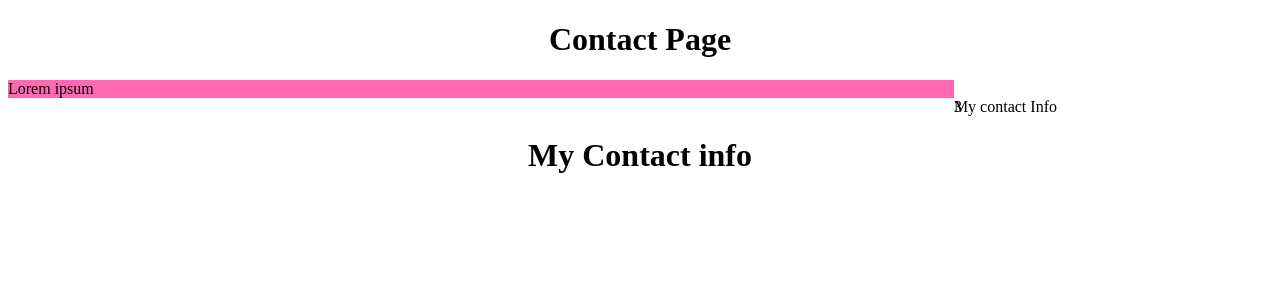
Repository: Melinda-Nanjad-Personal-Website/Personal-web
Page: contact.html
The author's editor kept a copy of each file at every save. The page is drawn from the files as they stood at one save, then again after the next save.
The browser window is 1280 px wide. The pictures show the whole page.

Above is the page before, as saved 2023-07-27 21:13:40.

### contact.html
<!DOCTYPE html>
<html lang="en">
<head>
    <meta charset="UTF-8">
    <meta name="viewport" content="width=device-width, initial-scale=1.0">
    <link rel="stylesheet" type="text/css" href="cf.css">
    <title>Contact Page</title>
</head>
<body>

    <h1><center/>Contact Page</h1>

    <div class="container">
        <div class="item item-1"> Lorem ipsum</div>
             <div class="item item-2"> My contact Info</div>
                <div class="item item-3"> 3</div>
    </div>

    <h1><center/>My Contact info</h1>
</body>
<main class="Contact info"
<article class="My contact Info"</article>
</html>

### cf.css
.border-primary-400{
    border: 2px solid #a775f1;
}

.container {
    display: grid;
   grid gap: 1.5rem;
    grid-template-columns: auto auto auto;
}

.item-1 {
    grid-row- span4;
    grid-column: 1/5;
    background-color: hotpink;
    padding: 5px
    grid-area: main;
}

.item-2 {
    grid-row: span 3;
    grid column:  2/5;
    grid-area:left
}

.item-3 {
    grid-row: span
    grid column 1/5;
    grid-area :right
}

//test for columns
.grid-container {
  display: grid;
  column-gap: 50px;
  grid-template-columns: 1fr 1fr 1fr;
  padding: 50px;
}

.grid-item{
  background-color: rgba(97, 148, 160, 0.8);
  border: 1px solid rgba(0, 0, 0, 0.8);
  padding: 20px;
  font-size: 14px;
  text-align: center;

After the next save:
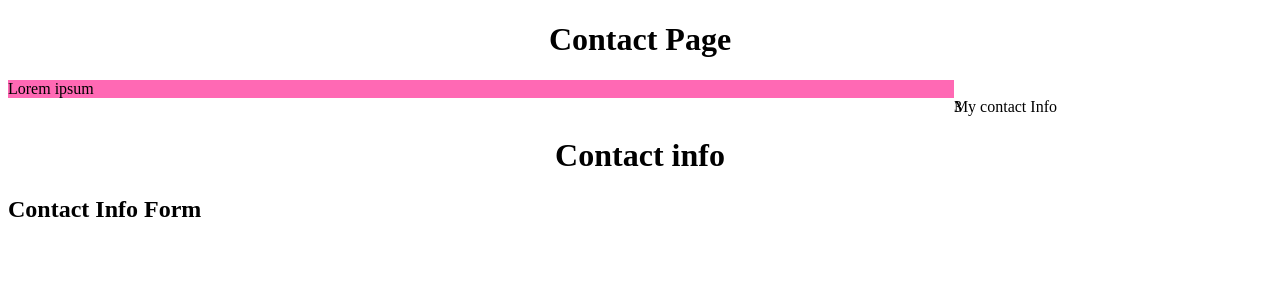
Saved 22 h 30 min later.
--- a/contact.html
+++ b/contact.html
@@ -16,7 +16,15 @@
                 <div class="item item-3"> 3</div>
     </div>
 
-    <h1><center/>My Contact info</h1>
+    <h1><center/>Contact info</h1>
+
+    <article>
+        <h2>Contact Info Form</h2>
+        <form>
+            <label for="cellNumber"CellNumber</label><br/>
+        </form>
+    </article>
+
 </body>
 <main class="Contact info"
 <article class="My contact Info"</article>
